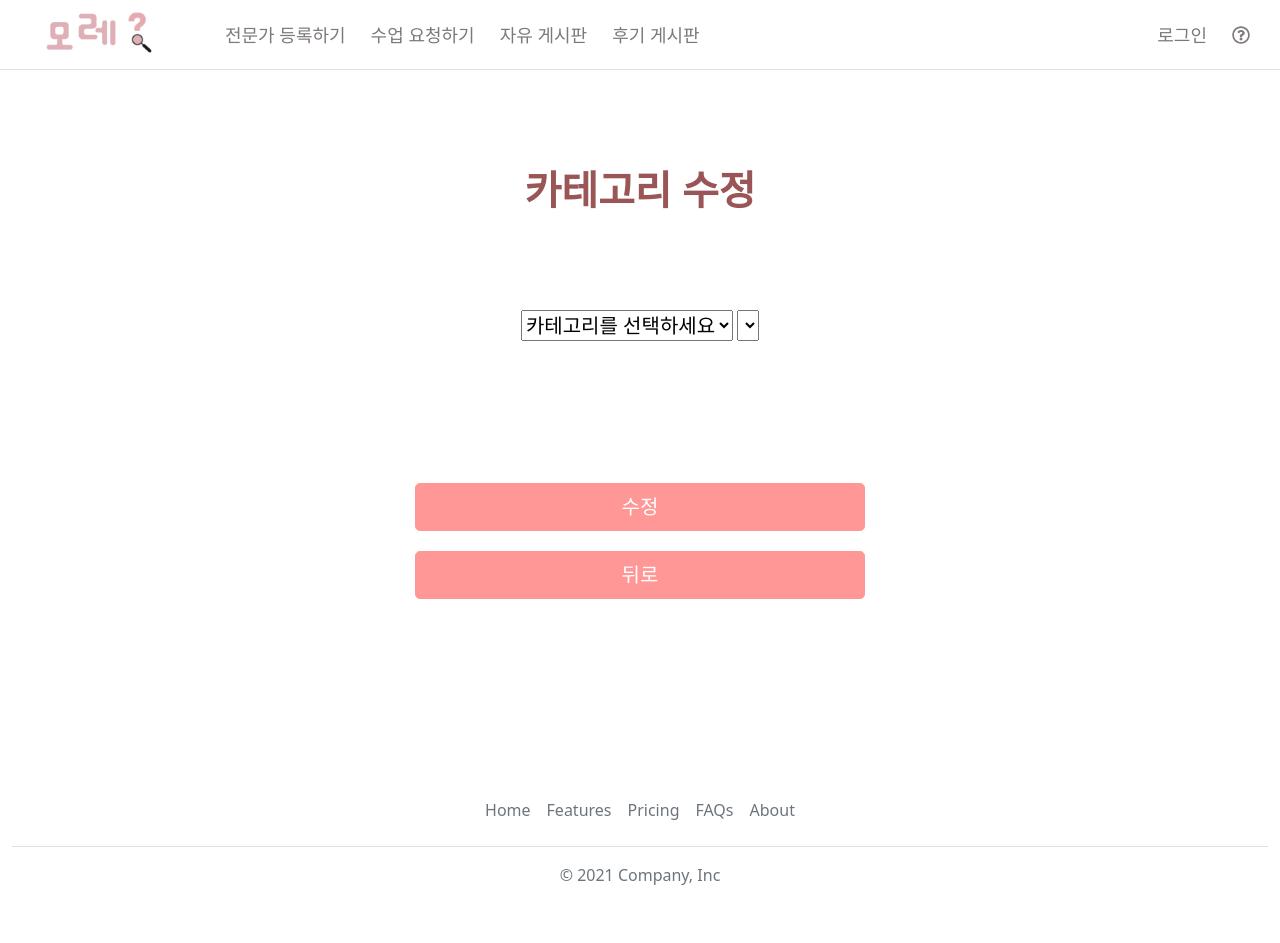
Repository: isssson/MVC2_more
Page: http://localhost/more/WEB-INF/views/expert/expertCateForm.jsp
The author's editor kept a copy of each file at every save. The page is drawn from the files as they stood at one save, then again after the next save.
The browser window is 1280 px wide. The pictures show the whole page.
Some web libraries are served in a nearby version. The page is served by Tomcat 9. Nobody is signed in. The template is opened directly, without the code that normally fills it, so the values that code supplies are empty.

Above is the page before, as saved 2021-12-08 02:49:01.

After the next save:
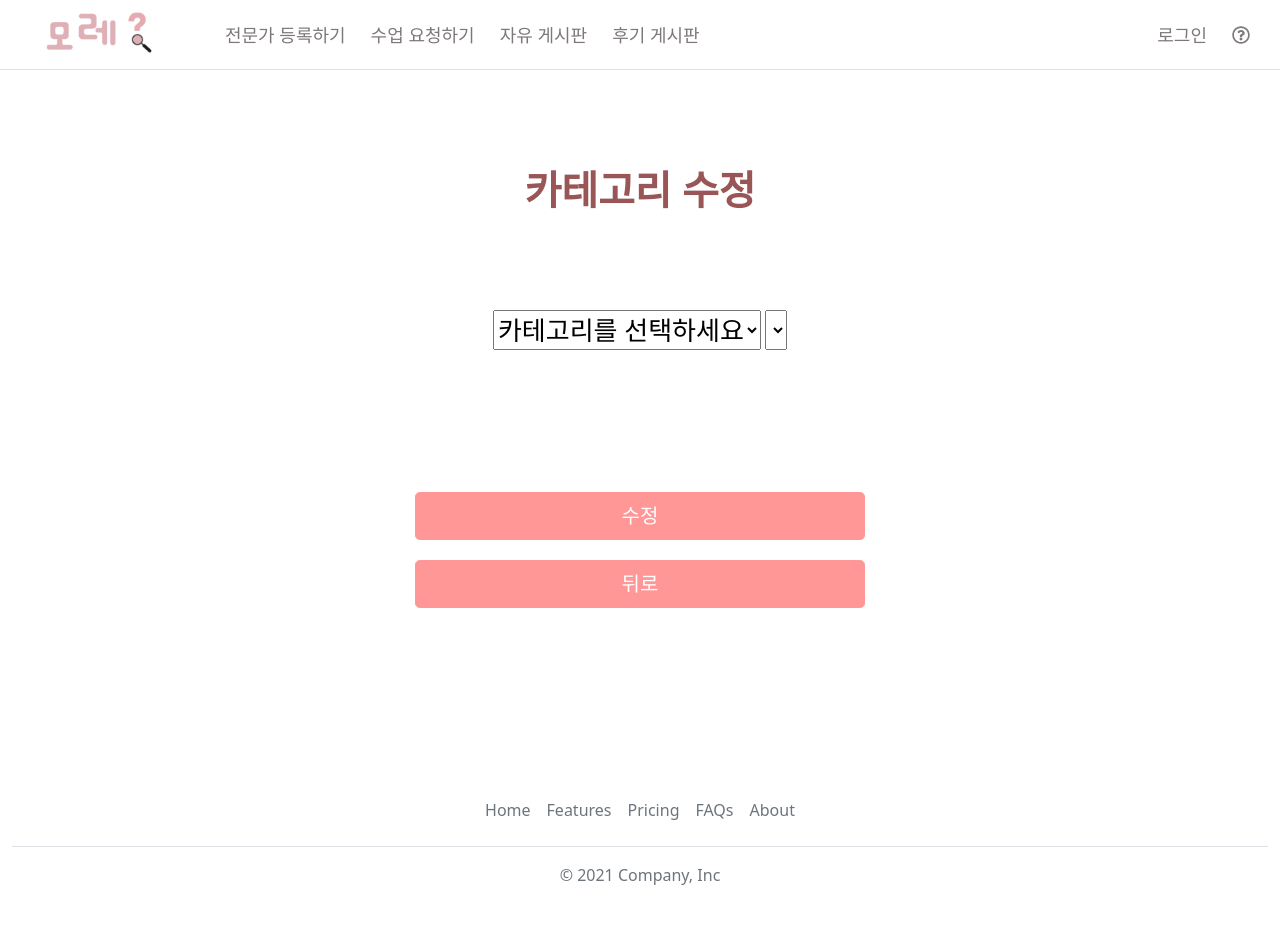
Saved 7 s later.
--- a/more/src/main/webapp/resources/css/expert/expertUpdate.css
+++ b/more/src/main/webapp/resources/css/expert/expertUpdate.css
@@ -32,5 +32,5 @@ h3 {
 	text-align:center;
 }
 select{
-	font-size:20px;
+	font-size:26px;
 }
